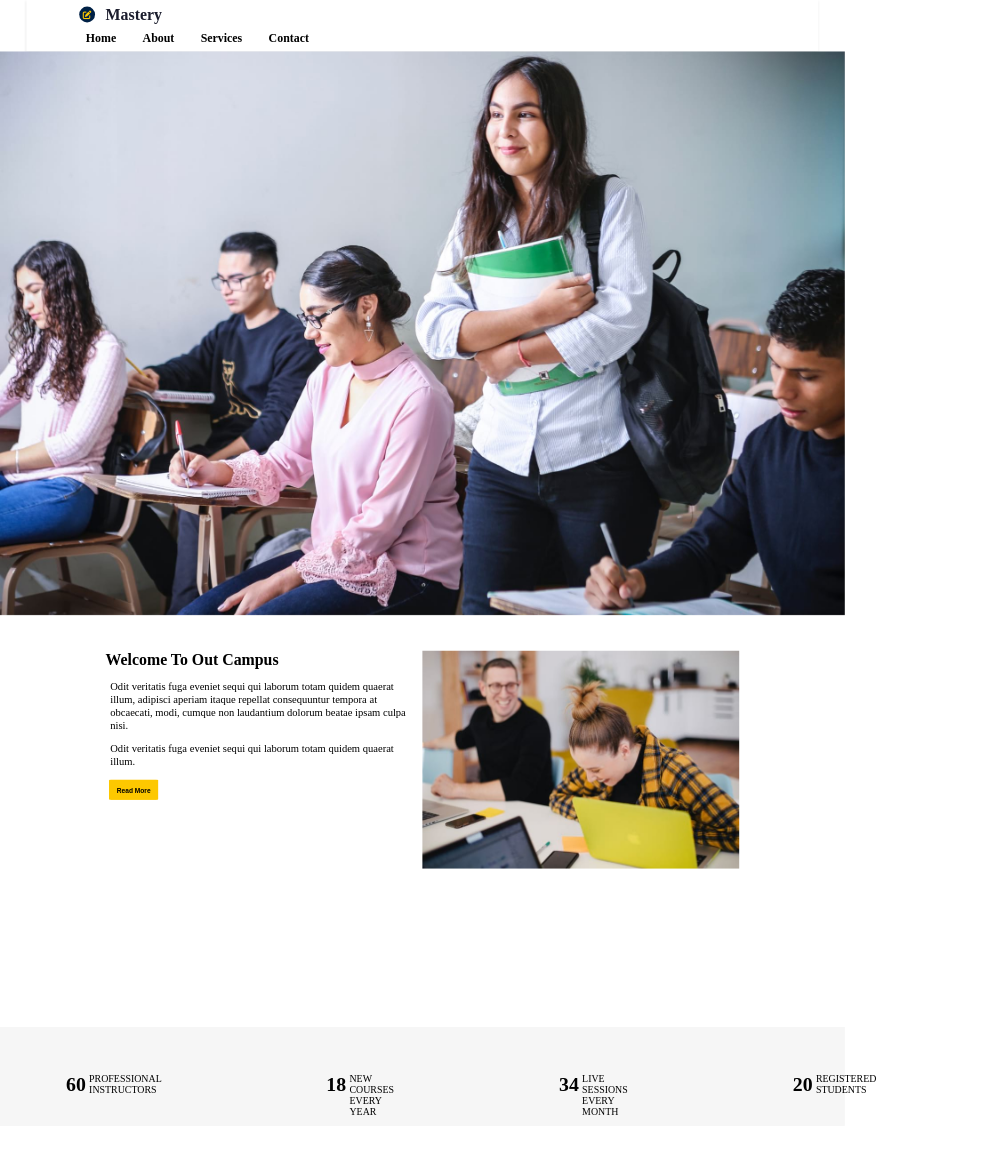
Repository: trminhphuc1504/Mastery
Page: index.html
These files come from the project's save history. The page is drawn as it stood at one moment and after the next save; the edit follows.
The browser window is 1280 px wide. The page is 1428 px wide, then 1528 px, so the pictures cover 1528 px, including what lies to the right of the window. The pictures show the whole page, at 66% of full size.
Some web libraries are served in a nearby version.

Above is the page before, as saved 2024-08-24 12:30:35.

### index.html
<!DOCTYPE html>
<html lang="en">
  <head>
    <meta charset="UTF-8" />
    <meta http-equiv="X-UA-Compatible" content="IE=edge" />
    <meta name="viewport" content="width=device-width, initial-scale=1.0" />

    <!-- Font Awesome -->
    <link
      rel="stylesheet"
      href="https://cdnjs.cloudflare.com/ajax/libs/font-awesome/6.6.0/css/all.min.css"
    />

    <link rel="stylesheet" href="./css/style.css" />
    <title>Mastery</title>
  </head>
  <body>
    <!-- Header -->
    <section id="header">
      <div class="container">
        <header>
          <div class="header-logo">
            <a href="#" class="logo">
              <i class="fa-solid fa-pen-to-square"> </i>
              <span class="header-title">Mastery</span>
            </a>
          </div>

          <nav class="header-nav">
            <ul>
              <li>
                <a href="#">Home</a>
              </li>
              <li>
                <a href="#">About</a>
              </li>
              <li>
                <a href="#">Services</a>
              </li>
              <li>
                <a href="#">Contact</a>
              </li>
            </ul>
          </nav>
        </header>
      </div>
    </section>

    <!-- poster -->
    <section id="poster">
      <div class="poster-img">
        <img src="./images/2.jpg" alt="poster" />
      </div>
    </section>

    <!-- banner -->

    <section id="banner">
      <div class="banner-content">
        <div class="banner-container">
          <div class="banner-item">
            <div id="left">
              <h2 class="banner-title">Welcome To Out Campus</h2>
              <p class="banner-desc">
                Odit veritatis fuga eveniet sequi qui laborum totam quidem
                quaerat illum, adipisci aperiam itaque repellat consequuntur
                tempora at obcaecati, modi, cumque non laudantium dolorum beatae
                ipsam culpa nisi.
              </p>
              <p>
                Odit veritatis fuga eveniet sequi qui laborum totam quidem
                quaerat illum.
              </p>
              <div class="banner-button">
                <button class="banner-btn"><b> Read More </b></button>
              </div>
            </div>
            <div id="right">
              <img src="./images/g1.jpg" alt="banner" />
            </div>
          </div>
        </div>
        <!-- <div class="banner-button">
          <button class="banner-btn"><b> Read More </b></button>
        </div> -->
        <!-- <div id="right">
          <img src="./images/g1.jpg" alt="banner" />
        </div> -->
      </div>
    </section>

    <!-- content -->
    <section id="content">
      <div class="content-container">
        <div class="content-content">
          <div class="content-item">
            <h3>60</h3>
            <p>Professional Instructors</p>
          </div>
          <div class="content-item">
            <h3>18</h3>
            <p>New Courses Every Year</p>
          </div>
          <div class="content-item">
            <h3>34</h3>
            <p>Live Sessions Every Month</p>
          </div>
          <div class="content-item">
            <h3>20</h3>
            <p>Registered Students</p>
          </div>
        </div>
      </div>
    </section>
  </body>
</html>

### css/style.css
* {
    margin: 0;
    padding: 0;
    box-sizing: border-box;
}

a{
    text-decoration: none;
}

.container{
    max-width: 1200px;
    margin: auto;
}



/* header .header-logo{
    background-color:pink;
    padding: 20px ;
} */

/* Header */

header{
    background-color:white;
    padding: 10px 0;
    box-shadow: 0 2px 4px rgba(0, 0, 0, 0.1);
}

.header-logo{
    display: flex;
    align-items:center;
    margin-left: 80px;
    margin-bottom: 10px;
}

.logo{
    font-size:24px;
    text-decoration: none;
    text-align: center;

}

.logo i{
    width: 24px;
    height: 24px;
    margin-right: 10px;
    line-height: 24px;
    border-radius:50%;
    background-color:#002146;
    font-size: 13px;
    vertical-align: top;
    color:#FDC800;
    display: inline-block;
}


.header-nav ul{
    list-style: none;
    display: flex;
    gap: 40px;
    display: flex;
    align-items: center;
    margin-left:90px;
}


.logo .header-title{
    color:#1B1D2D;
    font-weight: 700;
}


.header-nav ul li a{
    font-size:18px;
    color:#000;
    font-weight: 600;
}

/* Poster */
.poster-img img{
    width:100%;
}

/* Banner */
.banner-content .banner-container{
    margin:auto;
    width:75%;
    padding-top: 50px;
    padding-bottom: 120px;
}

 .banner-content .banner-container .banner-item #left{
    float:left;
    width: 50%;
}

 /* .banner-content .banner-container{
    padding-top: 50px;
} */

.banner-content .banner-container .banner-item #right{
    float:right;
    width: 50%;
}

 .banner-content .banner-container .banner-item #right img{
    width: 100%;
}

.banner-content .banner-container .banner-item #left .banner-title{
    padding-bottom: 10px;
}

/* .banner-content .banner-container .banner-item #left .banner-title .banner-desc p{
    margin-bottom: 30px;
    margin-top: 20px;
} */

#left p{
    padding: 7px;
    line-height: 20px;
    /* margin-top: px; */
}



.banner-button .banner-btn{
    background-color:#FDC800;
    padding: 5px 10px;
    font-weight: 400;
    font-size: 15px;
    outline: none;
    border:2px solid transparent;
    margin: 10px 5px;
    border-radius:5%;
}

.banner-button .banner-btn b{
    font-size: 10px;
}


/* Content */
#content {
    margin-top: 450px;
    background-color: #F6F6F6;
    height: 150px;
}

.content-container .content-content{
    display: flex;
    --number-item:4
    --gap:50px
    gap: var(--gap);
    gap:50px;
}

.content-content .content-item{
    display: flex;
    gap:5px;
    padding: 70px 100px;
    width: calc((100% - calc(var(--number-item) - 1) * var(--gap)) / var(--number-item));
}



.content-content .content-item h3{
    font-size: 30px;
}

.content-content .content-item p{
    text-transform: uppercase;
    font-size: 15px;
}

After the next save:
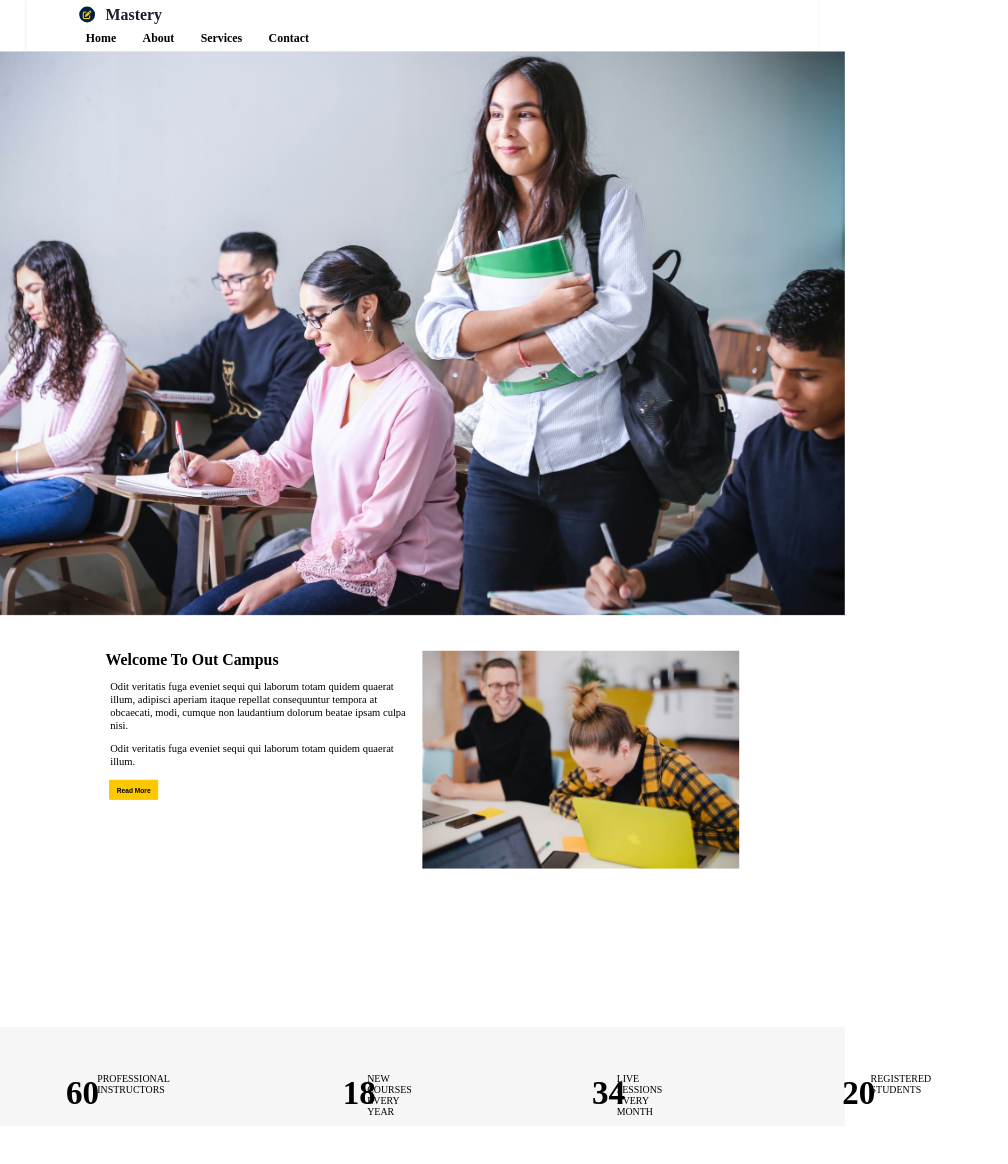
Saved 119 s later.
--- a/css/style.css
+++ b/css/style.css
@@ -167,7 +167,9 @@ header{
 
 
 .content-content .content-item h3{
-    font-size: 30px;
+    font-size: 50px;
+    padding-right: 5px;
+    width: 25%;
 }
 
 .content-content .content-item p{
